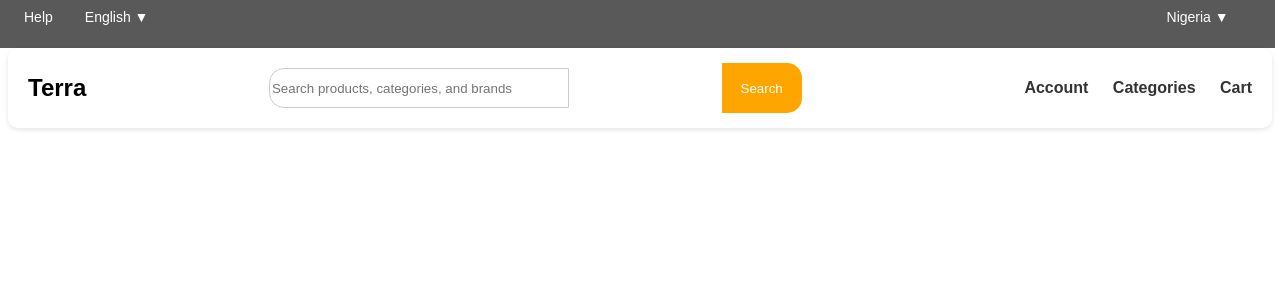
Repository: Femi007-gh/e-commerce
Page: index.html
An editor plug-in stored every save of this project. The page is shown before and after the next save, followed by the edit.
The browser window is 1280 px wide. The pictures show the whole page.

Above is the page before, as saved 2025-04-28 20:26:45.

### index.html
<html>
    <head>
      <title>Shopping Cart Page</title>
      <link rel="stylesheet" href="style.css">
    </head>
  <body>
    <header>
    <div class="div1">
<div class="top-bar">
  <div class="left">
    <div class="dropdown">
      <button class="dropbtn">Help</button>
    </div>
    <div class="dropdown">
      <button class="dropbtn">English ▼</button>
      <div class="dropdown-content">
        <a href="#">English</a>
        <a href="#">Japanese</a>
        <a href="#">Korean</a>
      </div>
    </div>
  </div>
  <div class="right">
    <div class="dropdown">
      <button class="dropbtn">Nigeria ▼</button>
      <div class="dropdown-content">
        <a href="#">Nigeria</a>
        <a href="#">USA</a>
        <a href="#">China</a>
        </div>
      </div>
     </div>
   </div>
  </div>


<nav class="nav-bar">
  <div class="logo">Terra</div>
    <input type="text" placeholder="Search products, categories, and brands" class="inp">
    <button class="search">Search</button>
  </div>
  <div class="nav-icons">
    <a href="#">Account</a>
    <a href="#">Categories</a>
    <a href="#">Cart</a>
  </div>
</nav>
  </body>
</html>

### style.css
body{
  font-family: Arial;
}
.div1{
  background-color: #595959;
  width: 101%;
  height: 50px;
  margin-left: -10px;
  margin-top: -10px;
}
.top-bar {
  background-color:  #595959;
  color: white;
  padding: 10px 20px;
  display: flex;
  justify-content: space-between;
  font-size: 14px;
}

.top-bar .left, .top-bar .right {
  display: flex;
  align-items: center;
}

.dropdown {
  position: relative;
  margin-right: 20px;
}

.dropbtn {
  background: none;
  border: none;
  color: white;
  cursor: pointer;
  font-size: 14px;
}

.dropdown-content {
  display: none;
  position: absolute;
  background-color: white;
  color:  #595959;
  min-width: 100px;
  border-radius: 5px;
  box-shadow: 0px 8px 16px rgba(0,0,0,0.2);
  z-index: 1;
}

.dropdown-content a {
  padding: 8px 12px;
  display: block;
  text-decoration: none;
  color: black;
}

.dropdown-content a:hover {
  background-color: #f1f1f1;
}

.dropdown:hover .dropdown-content {
  display: block;
}

.nav-icons a {
  margin-left: 20px;
  text-decoration: none;
  color: #333;
  font-weight: 600;
}


/* Nav bar */
.nav-bar {
  display: flex;
  justify-content: space-between;
  align-items: center;
  background: white;
  padding: 15px 20px;
  margin-bottom: 20px;
  border-radius: 10px;
  box-shadow: 0 2px 5px rgba(0,0,0,0.1);
}

.nav-bar .logo {
  font-weight: 700;
  font-size: 24px;
}

 .inp {
  border: 1px solid #ccc;
  border-radius: 15px 0 0 15px;
  height:40px;
  width: 300px;
  margin-left: 30px;
}

.search {
  background-color: orange;
  color: white;
  border: none;
  border-radius: 0 15px 15px 0;
  cursor: pointer;
  padding: 10px 10px;
  margin-right: 50px;
  width: 80px;
  height: 50px;
}

.nav-icons a {
  margin-left: 20px;
  text-decoration: none;
  color: #333;
}

After the next save:
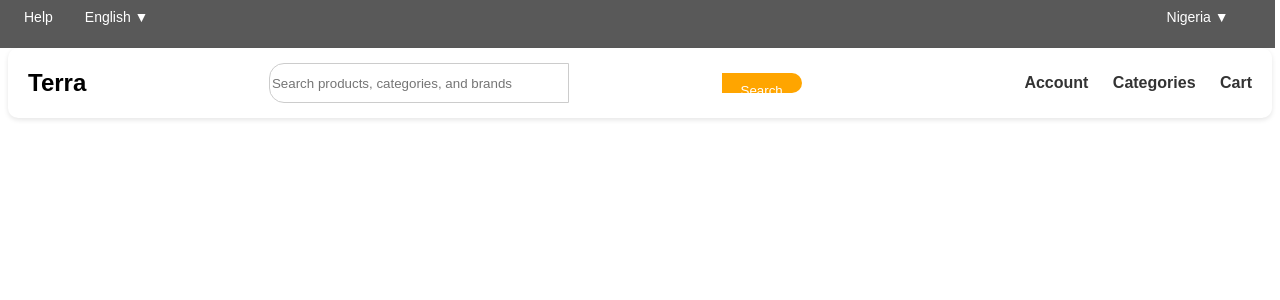
Saved 5 s later.
--- a/style.css
+++ b/style.css
@@ -103,7 +103,7 @@ body{
   padding: 10px 10px;
   margin-right: 50px;
   width: 80px;
-  height: 50px;
+  height: 20px;
 }
 
 .nav-icons a {
